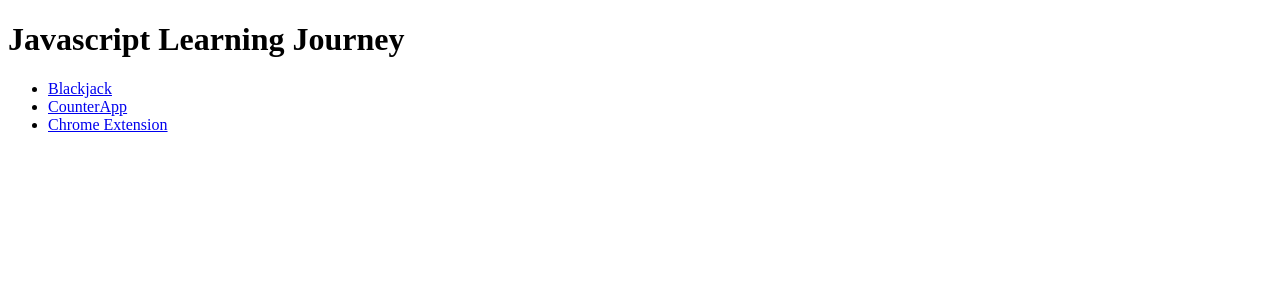
Repository: Siphamandla201/Javascript-Journey
Page: index.html
The author's editor kept a copy of each file at every save. The page is drawn from the files as they stood at one save, then again after the next save.
The browser window is 1280 px wide. The pictures show the whole page.

Above is the page before, as saved 2023-07-27 16:13:54.

After the next save:
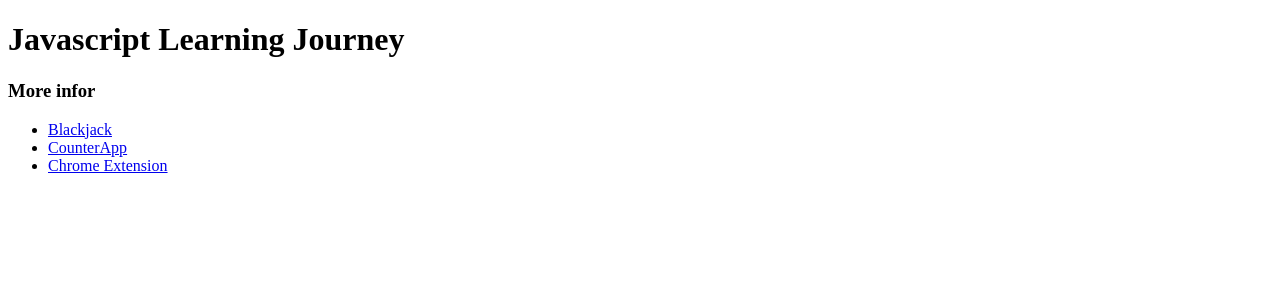
Saved 4 s later.
--- a/index.html
+++ b/index.html
@@ -10,7 +10,7 @@
         Javascript Learning Journey
     </h1>
     <h3>
-
+        More infor
     </h3>
     <ul>
         <li><a href="./Blackjack/Blackjack.html">Blackjack</a></li>
